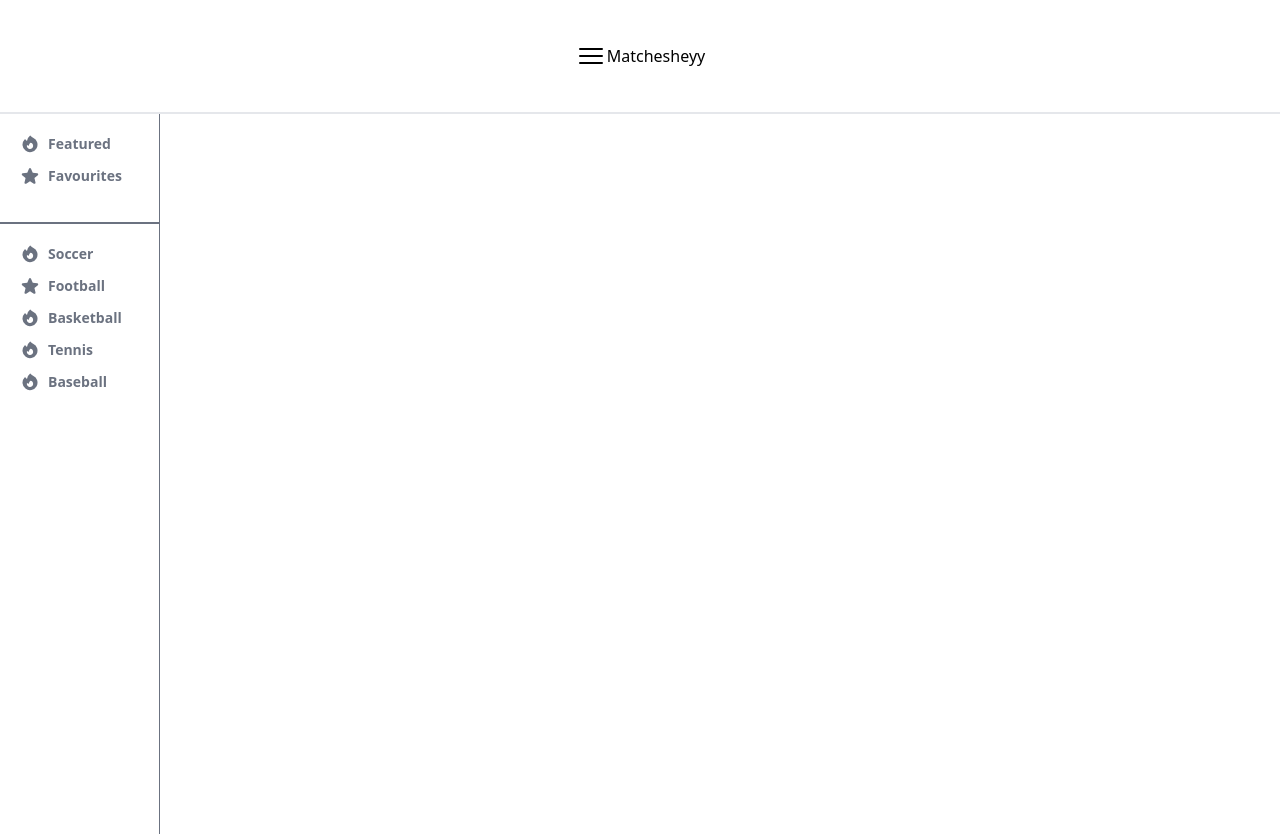
Repository: thekingisherenow/Betterbook
Page: /
These files come from the project's save history. The page is drawn as it stood at one moment and after the next save; the edit follows.
The browser window is 1280 px wide. The pictures show the whole page.
The project was rebuilt for these pictures with package versions that can differ from the ones it lists, and the page was loaded fresh each time. The framework's server and built-in components were replaced by stand-ins that run in the browser. Also part of the build but not shown: next.config.js.

Above is the page before, as saved 2023-01-16 21:37:40.

### src/pages/_app.tsx
import type { AppProps } from 'next/app'
import { Provider } from 'react-redux'
import store from '../core/store'
import '../core/styles/root.css'

const App = (props: AppProps) => {
  const { Component, pageProps } = props
  return (
    <Provider store={store}>
      <Component {...pageProps} />
    </Provider>
  )
}

export default App

### src/pages/index.tsx
import type { NextPage } from 'next'
import { useEffect, useState } from 'react'
import API from '../core/services'
import { Game } from '../types/game'
import Sidebar from '../components/Typography/Sidebar'
import Header from '../components/Typography/Header'

const IndexPage: NextPage = () => {
  const [games, setGames] = useState<Game[]>([])

  useEffect(() => {
    API.games.fetchGames().then(setGames)
  }, [])

  return <div>
        <main className=''>

          {/* Header  */}
          <Header />
            {/* Sidebar */}
            <Sidebar/>
            {/* Center  */}

        </main>
  </div>
}

export default IndexPage

### src/core/store/index.ts
import { configureStore } from '@reduxjs/toolkit'
import { counterReducer } from './slices/counterSlice'

const store = configureStore({
  reducer: {
    counter: counterReducer,
  },
})

export default store

### src/core/services/index.ts
import * as gamesServices from './games'

const API = {
  games: gamesServices,
}

export default API

### src/components/Typography/Sidebar.tsx
import React from 'react'
import { FireIcon, StarIcon } from '@heroicons/react/24/solid'

function Sidebar() {
    return (
        <div className='text-gray-500 text-sm border-r h-screen w-40 border-gray-500'>
            <div>
                <div className='flex flex-col  p-5 space-y-3 font-semibold mb-4'>
                    <button className='flex items-center space-x-2 hover:text-blue-600'>
                        <FireIcon className='w-5 h-5' />
                        <p>Featured</p>
                    </button>
                    <button className='flex items-center space-x-2 hover:text-blue-600'>
                        <StarIcon className='w-5 h-5' />
                        <p>Favourites</p>
                    </button>
                </div>
                    <hr className='border-t-2 border-gray-500' />

                <div className='flex flex-col space-y-3  p-5 font-semibold mb-4'>
                    <button className='flex items-center space-x-2 hover:text-blue-600'>
                        <FireIcon className='w-5 h-5' />
                        <p>Soccer</p>
                    </button>
                    <button className='flex items-center space-x-2 hover:text-blue-600'>
                        <StarIcon className='w-5 h-5' />
                        <p>Football</p>
                    </button>
                    <button className='flex items-center space-x-2 hover:text-blue-600'>
                        <FireIcon className='w-5 h-5' />
                        <p>Basketball</p>
                    </button>
                    <button className='flex items-center space-x-2 hover:text-blue-600'>
                        <FireIcon className='w-5 h-5' />
                        <p>Tennis</p>
                    </button>
                    <button className='flex items-center space-x-2 hover:text-blue-600'>
                        <FireIcon className='w-5 h-5' />
                        <p>Baseball</p>
                    </button>
                </div>
            </div>
        </div>
    )
}

export default Sidebar

### src/components/Typography/Header.tsx
import { Bars3Icon } from '@heroicons/react/24/solid'
import React from 'react'

function Header() {
  return (
    <header >
      <div className='p-10 flex justify-center items-center  border-b-2 '>
        <Bars3Icon className='h-8 w-8 cursor-pointer'/>
        <div>
          Matches
        </div>
        <div>
          heyy
        </div>
      </div>
    </header>
  )
}

export default Header

### src/core/store/slices/counterSlice.ts
import { createSlice } from '@reduxjs/toolkit'

export const counterSlice = createSlice({
  name: 'counter',
  initialState: {
    count: 0,
  },
  reducers: {
    setCount(state, { payload }) {
      state.count = payload
    },
  },
})

export const counterReducer = counterSlice.reducer

### src/core/services/games.ts
import { Game } from '../../types/game'

export const fetchGames = (): Promise<Game[]> => {
  return Promise.resolve([
    {
      id: '1',
      name: 'Spain vs Argentina',
    },
  ])
}

### tailwind.config.js
/** @type {import('tailwindcss').Config} */
module.exports = {
  content: [
    './src/pages/**/*.{js,ts,jsx,tsx}',
    './src/components/**/*.{js,ts,jsx,tsx}',
    './src/modules/**/*.{js,ts,jsx,tsx}',
  ],
  theme: {
    extend: {},
  },
  plugins: [],
}

Loaded but not shown: src/core/styles/root.css (common file)

After the next save:
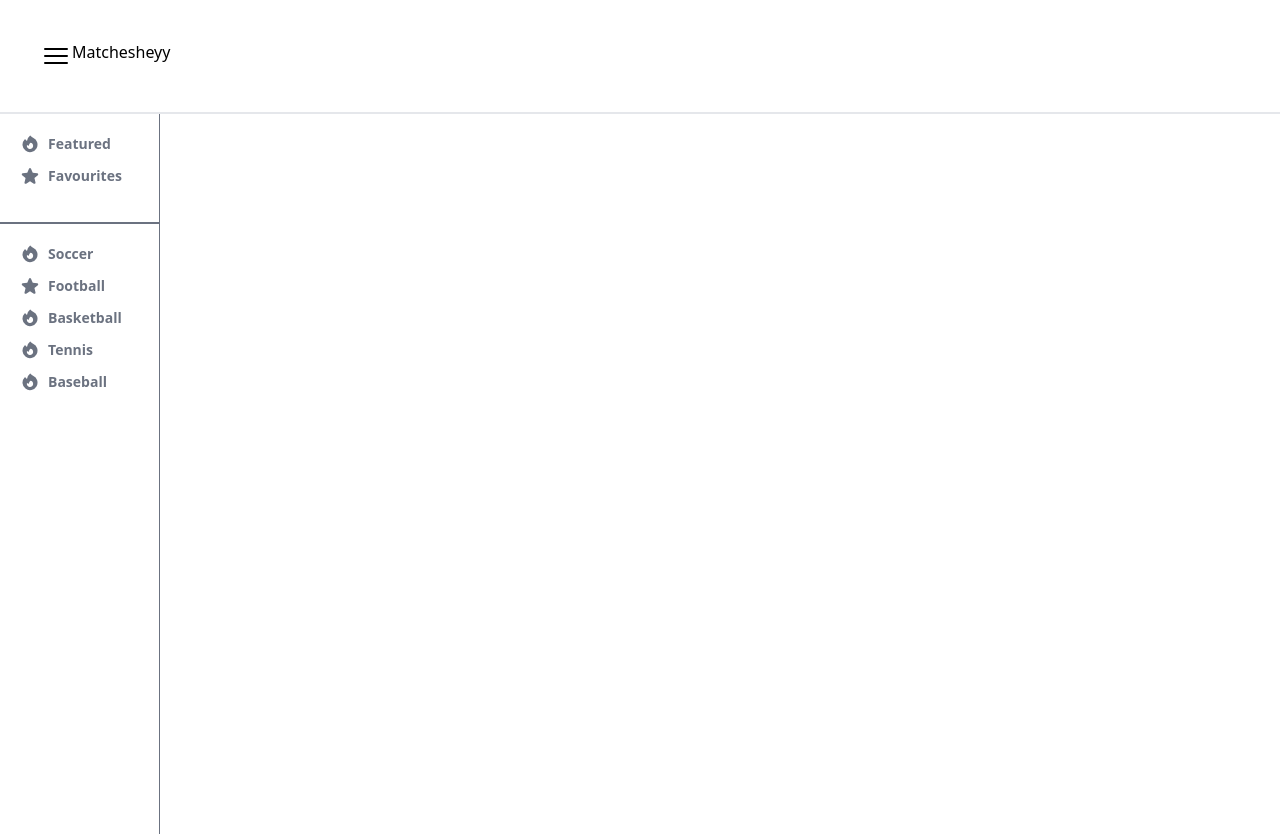
Saved 10 s later.
--- a/src/components/Typography/Header.tsx
+++ b/src/components/Typography/Header.tsx
@@ -4,7 +4,7 @@ import React from 'react'
 function Header() {
   return (
     <header >
-      <div className='p-10 flex justify-center items-center  border-b-2 '>
+      <div className='p-10 flex text-center  border-b-2 '>
         <Bars3Icon className='h-8 w-8 cursor-pointer'/>
         <div>
           Matches
